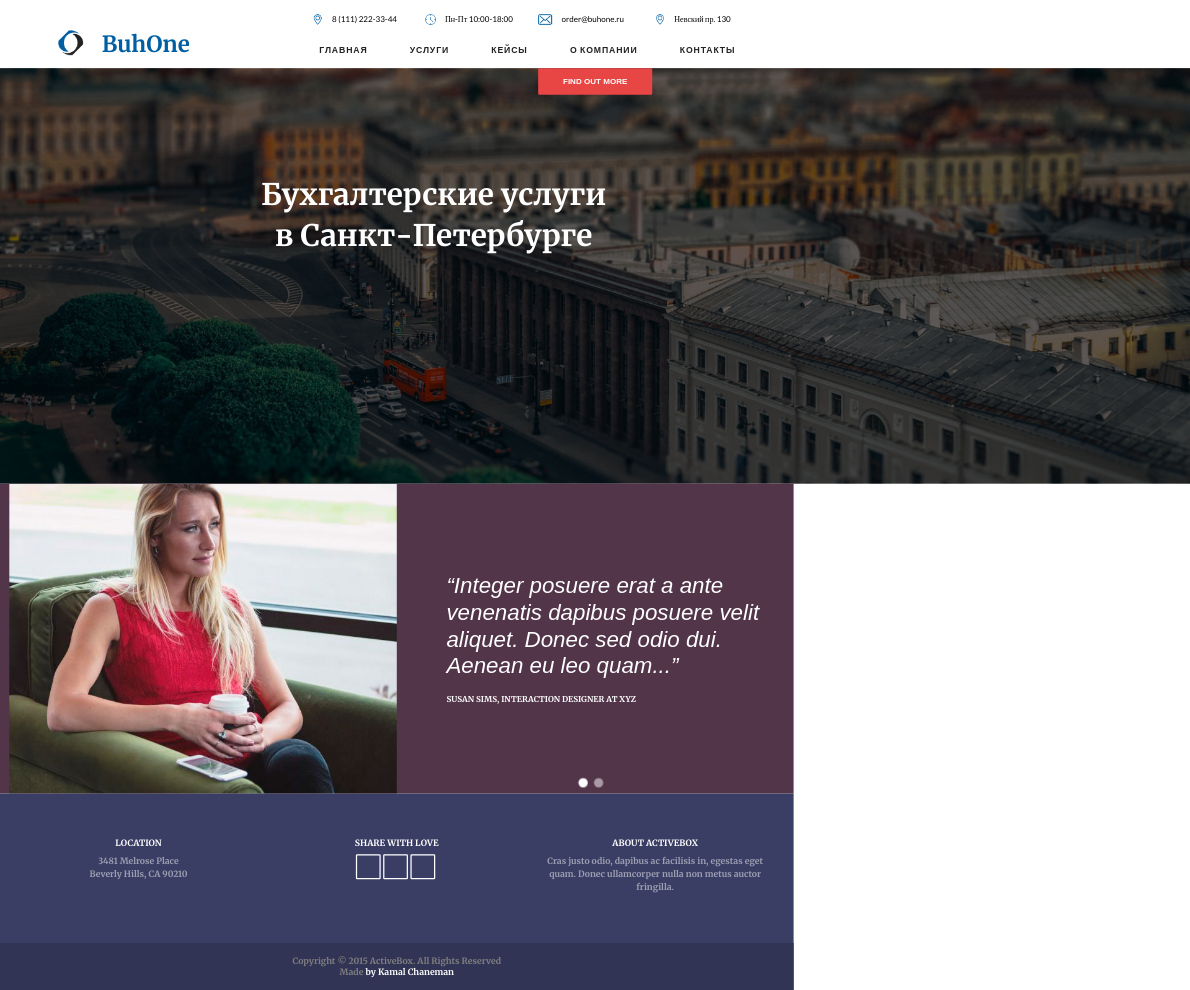
Repository: ZetsubouBilly/test
Page: index.html
The author's editor kept a copy of each file at every save. The page is drawn from the files as they stood at one save, then again after the next save.
The browser window is 1280 px wide. The page is 1920 px wide, so the pictures cover 1920 px, including what lies to the right of the window. The pictures show the whole page, at 62% of full size.

Above is the page before, as saved 2023-05-13 13:34:17.

After the next save:
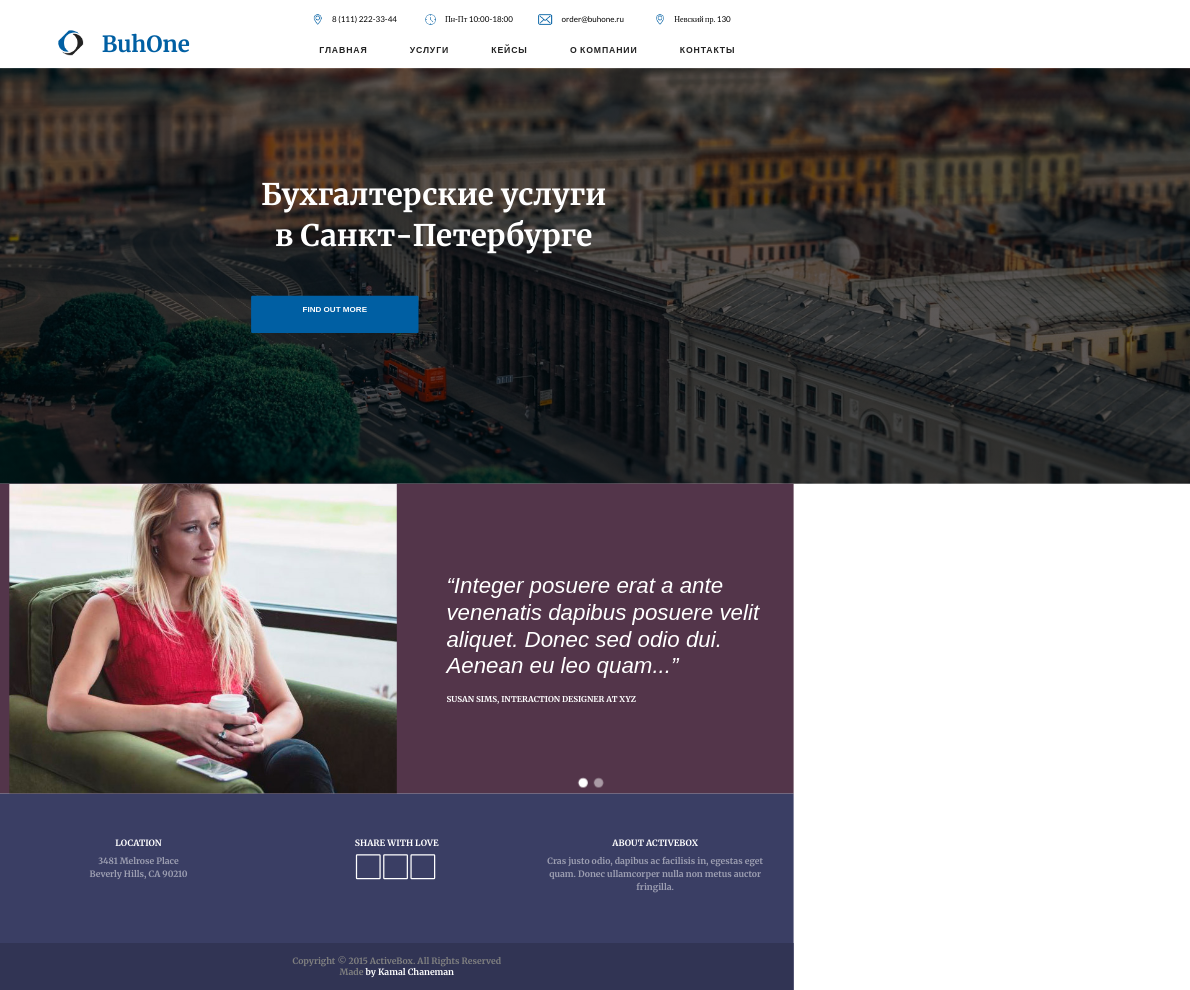
Saved 5 s later.
--- a/css/style.css
+++ b/css/style.css
@@ -241,7 +241,15 @@ p {
 }
 
 .btn--blue {
-  background-color: #e84545;
+    position: absolute;
+    width: 270px;
+    height: 60px;
+    left: 405px;
+    top: 477px;
+
+    /* Accent */
+
+    background: #005FA3;
 }
 
 .btn--red:hover {
